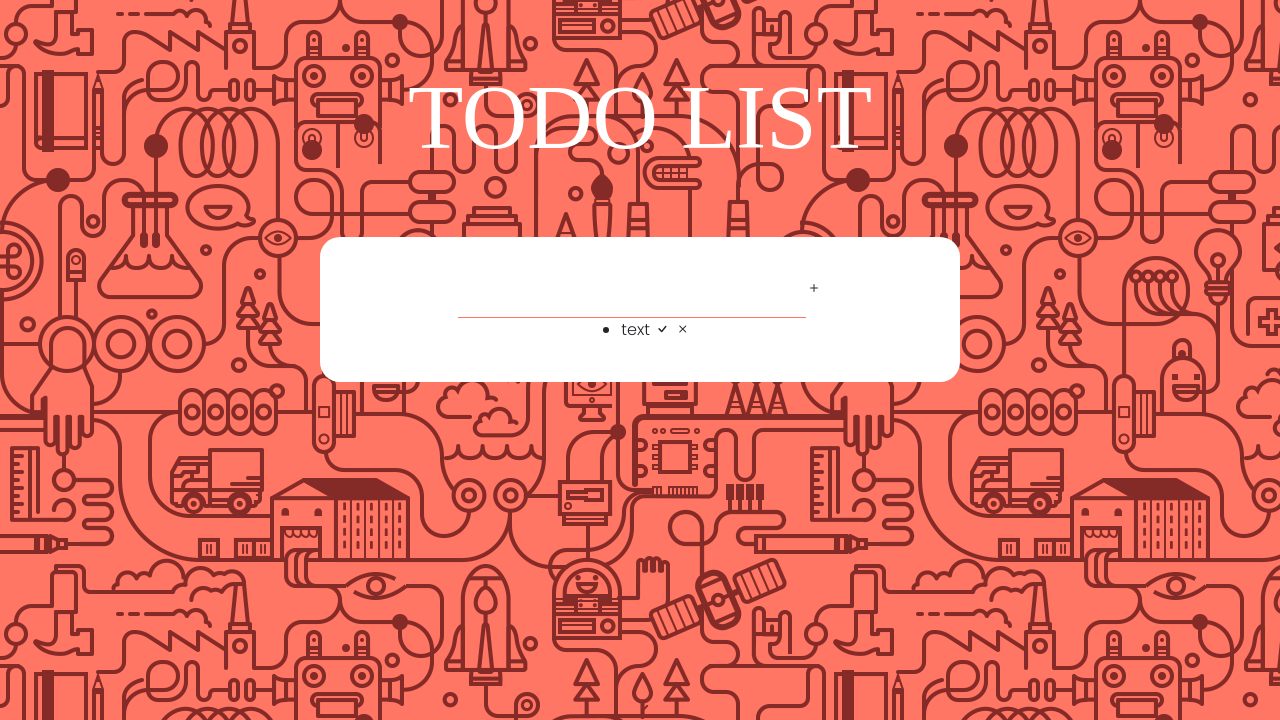
Repository: zum281/todo-list
Page: index.html
These files come from the project's save history. The page is drawn as it stood at one moment and after the next save; the edit follows.
The browser window is 1280 px wide. The pictures show the whole page.
Some web fonts or font styles are not loaded; a fallback is used. Some web libraries are served in a nearby version. The style sheet was rebuilt from its Sass, Less or Tailwind sources for each picture, by a compiler version that may differ from the author's.

Above is the page before, as saved 2021-03-05 16:19:16.

After the next save:
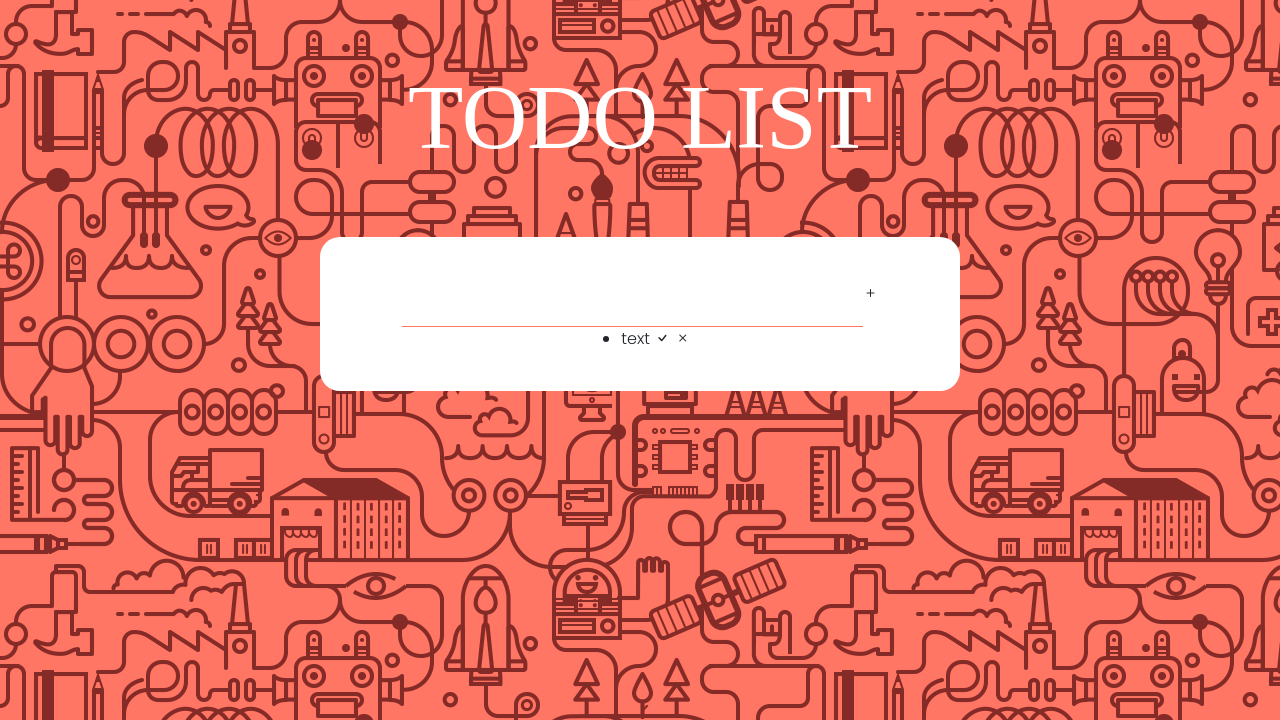
Saved 7 s later.
--- a/sass/main.scss
+++ b/sass/main.scss
@@ -43,6 +43,7 @@ body {
             border: none;
             border-bottom: 1px solid #ff7665;
             padding: 1rem;
+            font-size: 22px;
         }
     }
 }
